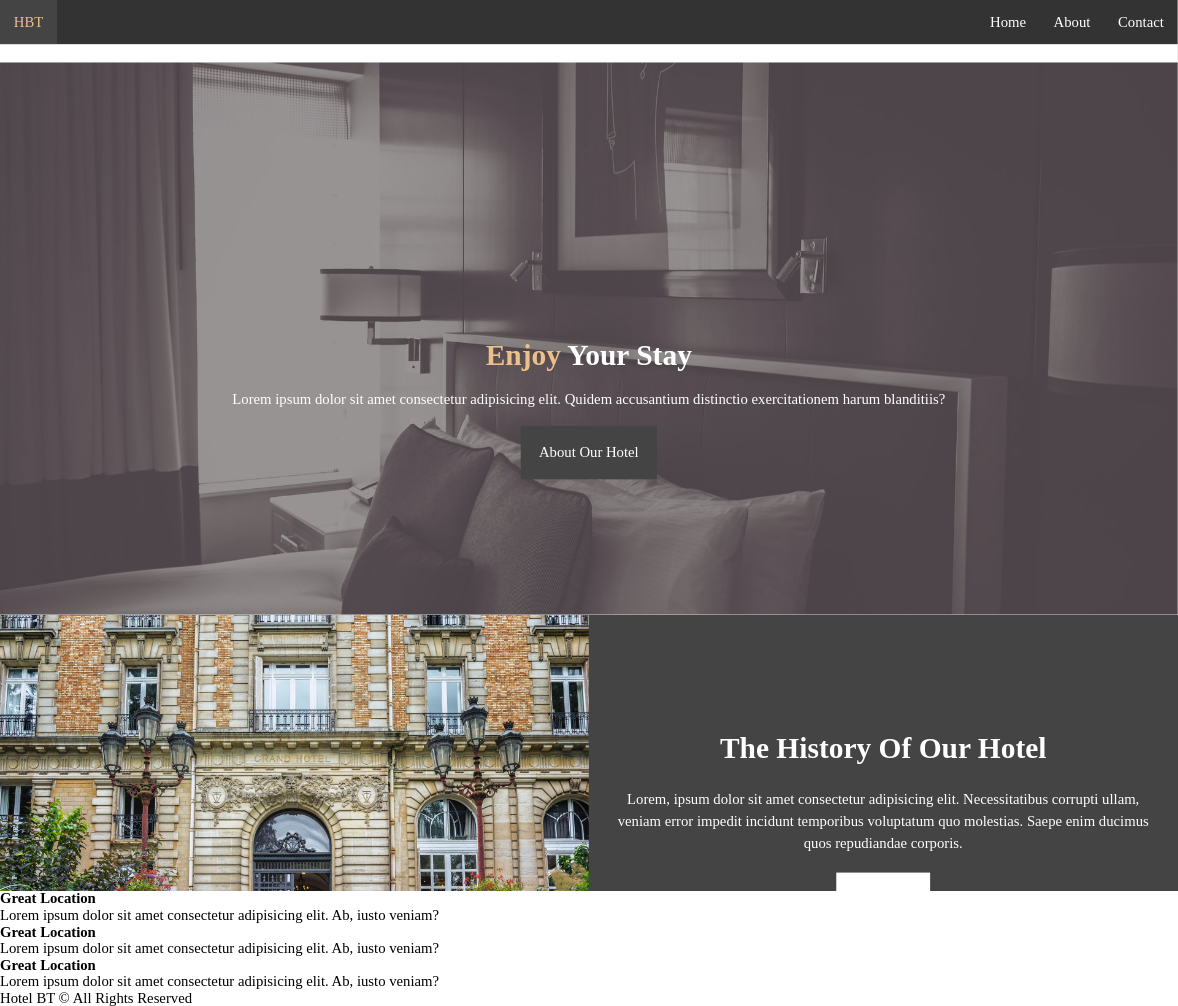
Repository: reemoon-ctrl/hotel-website
Page: 35 - hotel-website/index.html
The author's editor kept a copy of each file at every save. The page is drawn from the files as they stood at one save, then again after the next save.
The browser window is 1280 px wide. The pictures show the whole page, at 92% of full size.

Above is the page before, as saved 2024-07-21 12:38:28.

After the next save:
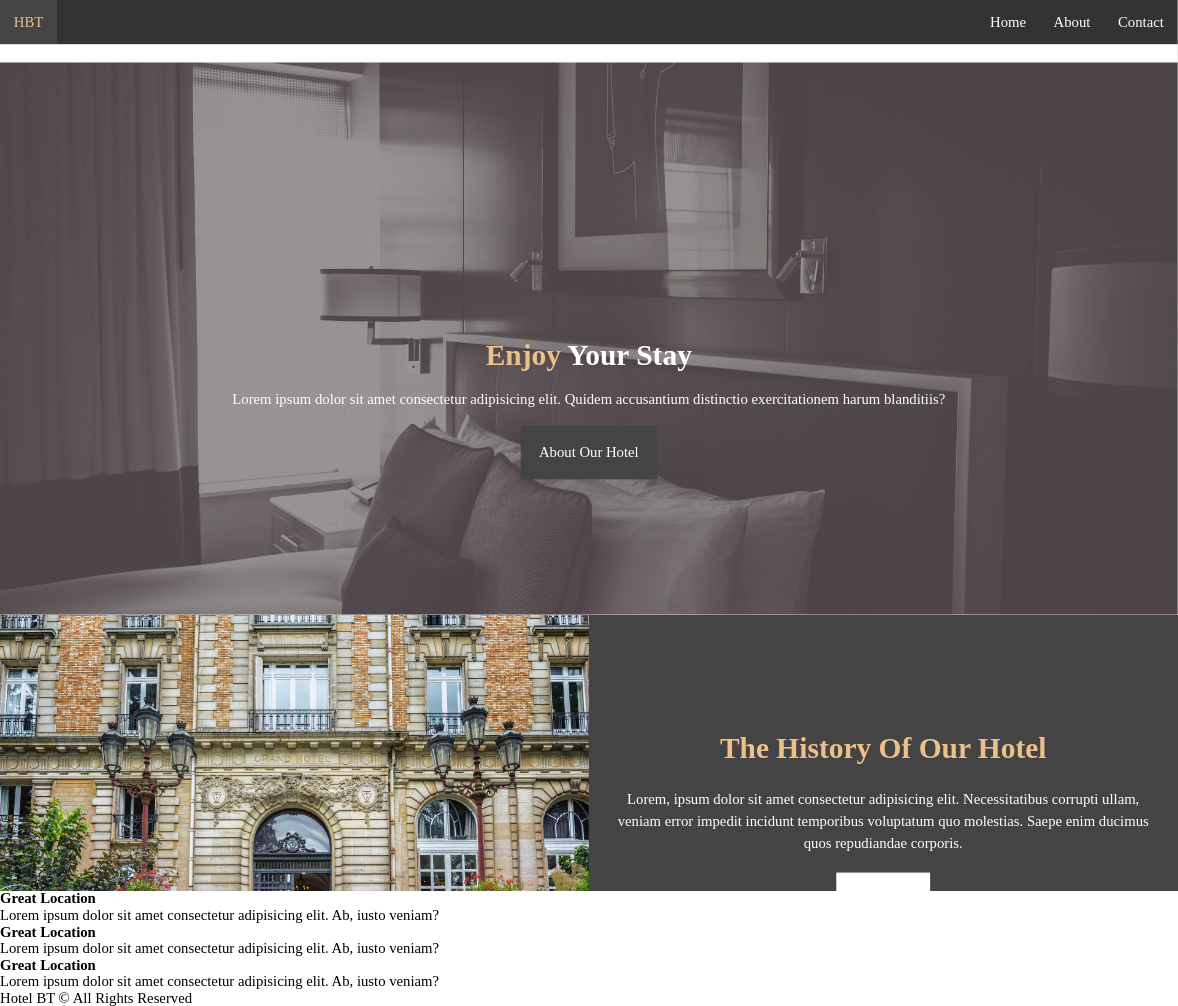
Saved 6 s later.
--- a/35 - hotel-website/index.html
+++ b/35 - hotel-website/index.html
@@ -32,7 +32,7 @@
     <main class="main-content">
         <img class="hotelimg"src="img\photo-1.jpg" alt="hotel-img">
         <div class="hotel-disc">
-            <h3><span class="fword"></span>The History Of Our Hotel</h3>
+            <h3><span class="fword">The History Of Our Hotel</h3>
             <p>Lorem, ipsum dolor sit amet consectetur adipisicing elit. Necessitatibus corrupti ullam, veniam error impedit incidunt temporibus voluptatum quo molestias. Saepe enim ducimus quos repudiandae corporis.</p>
             <a href="">Read More</a>
         </div>
